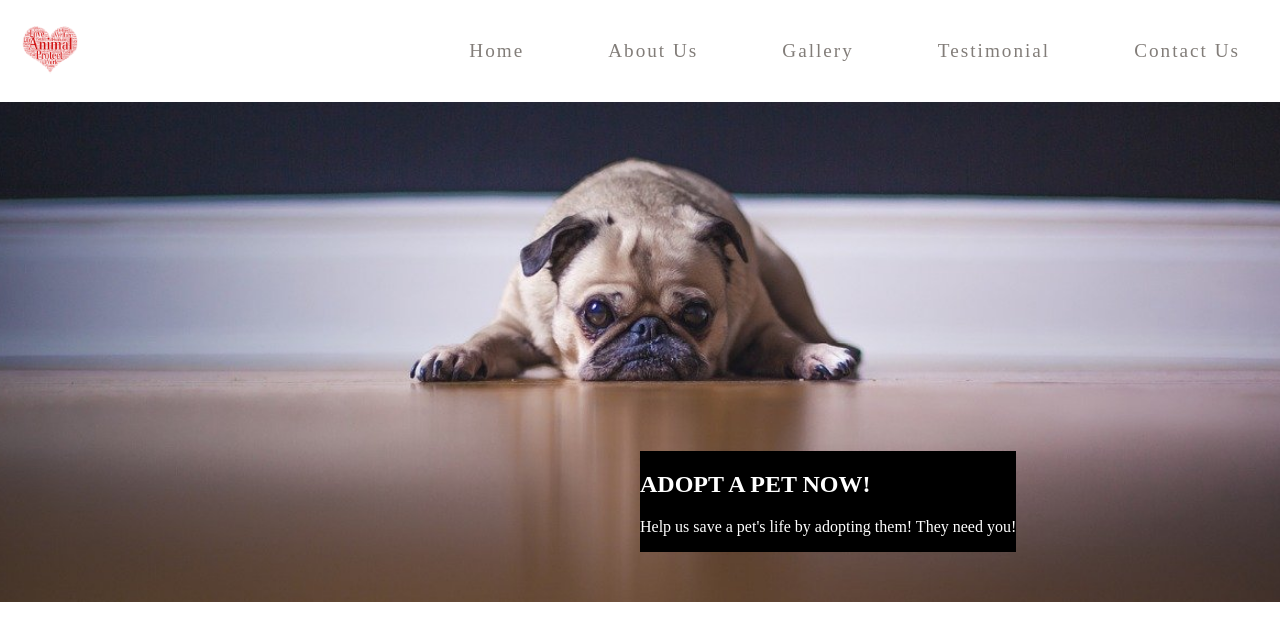
Repository: 4forces/HTML-CSS-LESSON
Page: lesson5-mobile-responsive/mobile.html
The author's editor kept a record of every edit. The page is drawn from the files as they stood at one moment, then again after the next edit.
The browser window is 1280 px wide. The pictures show the whole page.
Some web libraries are served in a nearby version.

Above is the page before.

After the next edit:
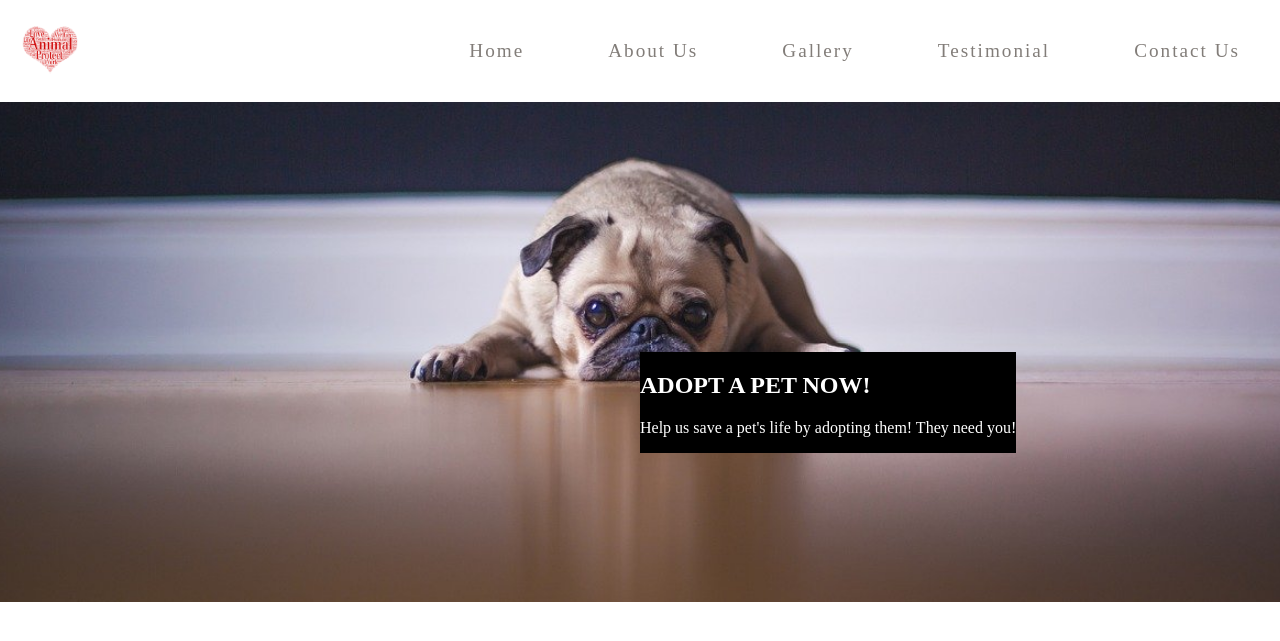
The edit:
--- a/lesson5-mobile-responsive/styles/mobile.css
+++ b/lesson5-mobile-responsive/styles/mobile.css
@@ -50,7 +50,7 @@
     color: white;
     background-color: black;
     position : absolute;
-    bottom: 10%;
+    top: 50%;
     left:50%;
     transform: translate(-50% -50%);
 }
